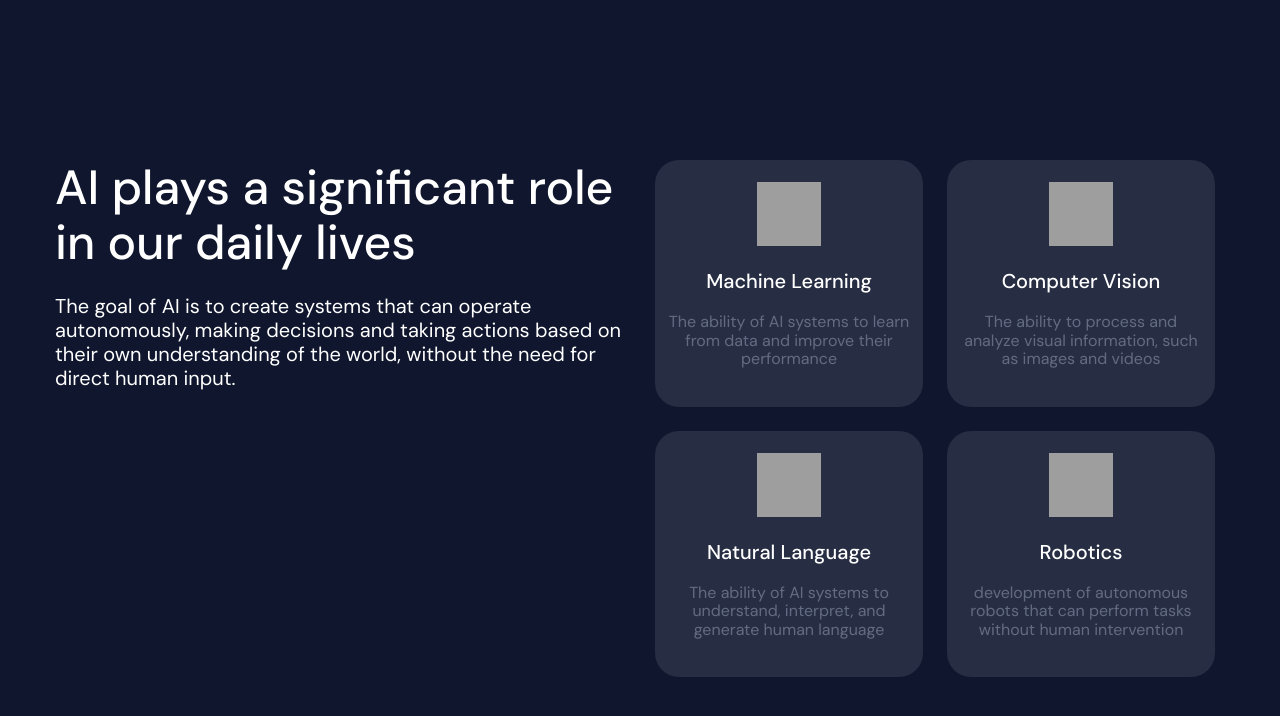
Repository: guli95/four-areas-of-AI-INVO-ACAdemy
Page: /
An editor plug-in stored every save of this project. The page is shown before and after the next save, followed by the edit.
The browser window is 1280 px wide. The pictures show the whole page.
Pictures or frames that could not be fetched are drawn as grey boxes. The project was rebuilt for these pictures with package versions that can differ from the ones it lists, and the page was loaded fresh each time.

Above is the page before, as saved 2023-03-13 14:59:25.

### index.html
<!DOCTYPE html>
<html lang="en">

<head>
  <meta charset="UTF-8" />
  <link rel="icon" type="image/svg+xml" href="/vite.svg" />
  <meta name="viewport" content="width=device-width, initial-scale=1.0" />
  <title>Four AI areas</title>
</head>

<!-- In order to start your challenge, remove all the content inside <div id="home-page"></div> and start coding :) -->

<body>
  <div id="home-page">
    <div class="flexbox-container">
      <div class="heading-wrapper">
        <h1 class="heading-title">AI plays a significant role in our daily lives</h1>
        <p class="heading-text">The goal of AI is to create systems that can operate autonomously, making decisions and taking actions based on their own understanding of the world, without the need for direct human input.</p>
      </div>
      <div class="card-container">
        <a href="" class="card-link">
        <div class="card">
          <img src="./public/images/card-icon1.png" alt="" class="card-img" role="presentation">
          <h3 class="card-title">Machine Learning</h3>
          <p class="card-text">The ability of AI systems to learn from data and improve their performance</p>
        </div>
        </a>
        <a href="" class="card-link">
        <div class="card">
          <img src="./public/images/card-icon2.png" alt="" class="card-img" role="presentation">
          <h3 class="card-title">Computer Vision</h3>
          <p class="card-text">The ability to process and analyze visual information, such as images and videos</p>
        </div>
        </a>
        <a href="" class="card-link">
        <div class="card">
          <img src="./public/images/card-icon3.png" alt="" class="card-img" role="presentation">
          <h3 class="card-title">Natural Language</h3>
          <p class="card-text">The ability of AI systems to understand, interpret, and generate human language</p>
        </div>
        </a>
        <a href="" class="card-link">
        <div class="card">
          <img src="./public/images/card-icon4.png" alt="" class="card-img" role="presentation">
          <h3 class="card-title">Robotics</h3>
          <p class="card-text">development of autonomous robots that can perform tasks without human intervention</p>
        </div>
        </a>
      </div>
    </div>
  </div>

  <script type="module" src="/src/global-scripts/main.js"></script>
</body>

</html>

### src/global-scripts/main.js
/// Main JavaScript File
/// Here we import all the global JavaScript files we need for our project.

import "../global-styles/style.scss";
import "../../src/pages/home-page/styles/home-page.scss";

### src/global-styles/style.scss
/// Main Styles File
/// Here we import all the global Styles files we need for our project.

@import "styles/normalize.scss";
@import "styles/root.scss";
@import "styles/fonts.scss";

body {
  font-family: 'DS sans', sans-serif;
  color: var(--color-primary);
}

p {
  color: var(--color-on-surface);
}

### src/pages/home-page/styles/home-page.scss
/// Homepage Styles File
/// Here we import all the Styles files we need for our Homepage.
@import '../../../global-styles/styles/_root.scss';

#home-page{
    color: var(--color-white);
    font-family: 'DM Sans',sans-serif;
    height: 100%;

 .flexbox-container{
    max-width: 1580px;
    padding: 0 20px;
    display: flex;
    justify-content: center;
    margin: 160px auto 0 auto;
    @media screen and (max-width:1024px) {
        flex-direction:column;
        align-items: center;
        gap:24px;
    }
    @media screen and (max-width:480px) {
        padding: 48px 16px;
    }
    .heading-wrapper{
        font-family: "DM Sans", sans-serif;
        text-align: left ;
        vertical-align: top;
        max-width: 570px;
        padding-left: 20px;
        @media screen and (max-width:1024px) {
            width: 100%;
            padding: 0 16px;
        }
        .heading-title{
            font-size: var(--text-xl);
            font-weight: 500;
            line-height: 115%;
            margin: 0 0 24px 0;
            @media screen and (max-width:1024px) {
                margin-bottom: 16px;
            }
            @media screen and (max-width:1024px) {
                font-size: var(--text-l);
            }
        }
        .heading-text{
            font-size: var(--text-m);
            line-height: 24px;
            font-weight: 400;

        }
        @media screen and (max-width:480px) {
            font-size: var(--text-s);
        }
    }
    .card-container{
        display: flex;
        justify-content: center;
        flex-wrap: wrap;
        gap: 24px;
        max-width: 620px;
        @media screen and (max-width:1024px) {
            width: 100%;
            gap:16px;
        }
        .card-link{
            display: flex;
            color: var(--color-white);
            text-decoration: none;
            flex-direction: column;
            justify-content: space-around;
            align-items: center;
            width: 40%;
            padding: 22px 10px;
            background-color:var(--color-secondary-grey);
            text-align: center;
            border-radius: var(--rounding-big);
            transition: .2s;
            &:hover{
                background-color: lighten($color: #272D42, $amount: 10) ;
            }
            @media screen and (max-width:480px) {
                width: 100%;
            }
            .card-img{
                width: 64px;
                height: 64px;
                @media screen and (max-width:1024px) {
                    width: 56px;
                    height: 56px;
                }
            }
            .card-title{
                font-size: var(--text-m);
                font-weight: 500;
            }
            .card-text{
                font-size: var(--text-s);
                mix-blend-mode:soft-light;
                @media screen and (max-width:1024px) {
                    font-size: var(--text-xs);
                }
            }
        }

    }
}

}

### src/global-styles/styles/normalize.scss
/*! normalize.css v8.0.1 | MIT License | github.com/necolas/normalize.css */

/* Document
   ========================================================================== */

/**
 * 1. Correct the line height in all browsers.
 * 2. Prevent adjustments of font size after orientation changes in iOS.
 */

html {
  line-height: 1.15; /* 1 */
  -webkit-text-size-adjust: 100%; /* 2 */
  background-color: var(--color-primary-dark-blue);
}

/* Sections
   ========================================================================== */

/**
 * Remove the margin in all browsers.
 */

body {
  margin: 0;
}

/**
 * Render the `main` element consistently in IE.
 */

main {
  display: block;
}

/**
 * Correct the font size and margin on `h1` elements within `section` and
 * `article` contexts in Chrome, Firefox, and Safari.
 */

h1 {
  font-size: 2em;
  margin: 0.67em 0;
}

/* Grouping content
   ========================================================================== */

/**
 * 1. Add the correct box sizing in Firefox.
 * 2. Show the overflow in Edge and IE.
 */

hr {
  box-sizing: content-box; /* 1 */
  height: 0; /* 1 */
  overflow: visible; /* 2 */
}

/**
 * 1. Correct the inheritance and scaling of font size in all browsers.
 * 2. Correct the odd `em` font sizing in all browsers.
 */

pre {
  font-family: monospace, monospace; /* 1 */
  font-size: 1em; /* 2 */
}

/* Text-level semantics
   ========================================================================== */

/**
 * Remove the gray background on active links in IE 10.
 */

a {
  background-color: transparent;
}

/**
 * 1. Remove the bottom border in Chrome 57-
 * 2. Add the correct text decoration in Chrome, Edge, IE, Opera, and Safari.
 */

abbr[title] {
  border-bottom: none; /* 1 */
  text-decoration: underline; /* 2 */
  text-decoration: underline dotted; /* 2 */
}

/**
 * Add the correct font weight in Chrome, Edge, and Safari.
 */

b,
strong {
  font-weight: bolder;
}

/**
 * 1. Correct the inheritance and scaling of font size in all browsers.
 * 2. Correct the odd `em` font sizing in all browsers.
 */

code,
kbd,
samp {
  font-family: monospace, monospace; /* 1 */
  font-size: 1em; /* 2 */
}

/**
 * Add the correct font size in all browsers.
 */

small {
  font-size: 80%;
}

/**
 * Prevent `sub` and `sup` elements from affecting the line height in
 * all browsers.
 */

sub,
sup {
  font-size: 75%;
  line-height: 0;
  position: relative;
  vertical-align: baseline;
}

sub {
  bottom: -0.25em;
}

sup {
  top: -0.5em;
}

/* Embedded content
   ========================================================================== */

/**
 * Remove the border on images inside links in IE 10.
 */

img {
  border-style: none;
}

/* Forms
   ========================================================================== */

/**
 * 1. Change the font styles in all browsers.
 * 2. Remove the margin in Firefox and Safari.
 */

button,
input,
optgroup,
select,
textarea {
  font-family: inherit; /* 1 */
  font-size: 100%; /* 1 */
  line-height: 1.15; /* 1 */
  margin: 0; /* 2 */
}

/**
 * Show the overflow in IE.
 * 1. Show the overflow in Edge.
 */

button,
input { /* 1 */
  overflow: visible;
}

/**
 * Remove the inheritance of text transform in Edge, Firefox, and IE.
 * 1. Remove the inheritance of text transform in Firefox.
 */

button,
select { /* 1 */
  text-transform: none;
}

/**
 * Correct the inability to style clickable types in iOS and Safari.
 */

button,
[type="button"],
[type="reset"],
[type="submit"] {
  -webkit-appearance: button;
}

/**
 * Remove the inner border and padding in Firefox.
 */

button::-moz-focus-inner,
[type="button"]::-moz-focus-inner,
[type="reset"]::-moz-focus-inner,
[type="submit"]::-moz-focus-inner {
  border-style: none;
  padding: 0;
}

/**
 * Restore the focus styles unset by the previous rule.
 */

button:-moz-focusring,
[type="button"]:-moz-focusring,
[type="reset"]:-moz-focusring,
[type="submit"]:-moz-focusring {
  outline: 1px dotted ButtonText;
}

/**
 * Correct the padding in Firefox.
 */

fieldset {
  padding: 0.35em 0.75em 0.625em;
}

/**
 * 1. Correct the text wrapping in Edge and IE.
 * 2. Correct the color inheritance from `fieldset` elements in IE.
 * 3. Remove the padding so developers are not caught out when they zero out
 *    `fieldset` elements in all browsers.
 */

legend {
  box-sizing: border-box; /* 1 */
  color: inherit; /* 2 */
  display: table; /* 1 */
  max-width: 100%; /* 1 */
  padding: 0; /* 3 */
  white-space: normal; /* 1 */
}

/**
 * Add the correct vertical alignment in Chrome, Firefox, and Opera.
 */

progress {
  vertical-align: baseline;
}

/**
 * Remove the default vertical scrollbar in IE 10+.
 */

textarea {
  overflow: auto;
}

/**
 * 1. Add the correct box sizing in IE 10.
 * 2. Remove the padding in IE 10.
 */

[type="checkbox"],
[type="radio"] {
  box-sizing: border-box; /* 1 */
  padding: 0; /* 2 */
}

/**
 * Correct the cursor style of increment and decrement buttons in Chrome.
 */

[type="number"]::-webkit-inner-spin-button,
[type="number"]::-webkit-outer-spin-button {
  height: auto;
}

/**
 * 1. Correct the odd appearance in Chrome and Safari.
 * 2. Correct the outline style in Safari.
 */

[type="search"] {
  -webkit-appearance: textfield; /* 1 */
  outline-offset: -2px; /* 2 */
}

/**
 * Remove the inner padding in Chrome and Safari on macOS.
 */

[type="search"]::-webkit-search-decoration {
  -webkit-appearance: none;
}

/**
 * 1. Correct the inability to style clickable types in iOS and Safari.
 * 2. Change font properties to `inherit` in Safari.
 */

::-webkit-file-upload-button {
  -webkit-appearance: button; /* 1 */
  font: inherit; /* 2 */
}

/* Interactive
   ========================================================================== */

/*
 * Add the correct display in Edge, IE 10+, and Firefox.
 */

details {
  display: block;
}

/*
 * Add the correct display in all browsers.
 */

summary {
  display: list-item;
}

/* Misc
   ========================================================================== */

/**
 * Add the correct display in IE 10+.
 */

template {
  display: none;
}

/**
 * Add the correct display in IE 10.
 */

[hidden] {
  display: none;
}

### src/global-styles/styles/root.scss
/// Root Styles file
/// Here we define all the root variables we need for our project.
/// For examples see Material Design color system: https://m2.material.io/design/color/the-color-system.html

:root {
    $--color-primary-dark-blue: #0F162D !global;
    --color-primary-pink: #CA59FF;
    --color-primary-purple: #6C7CFF;
    --color-primary-green: #2AFFFF;
    --color-primary-yellow: #FFF629;
    --color-white: #FFFFFF;
    --color-black: #000;
    --color-secondary-grey:#272D42;

}

### src/global-styles/styles/fonts.scss
/// Main Fonts File
/// Here we import all the fonts files we need for our project.

@import url('https://fonts.googleapis.com/css2?family=Roboto:ital,wght@0,100;0,300;0,400;0,500;0,700;0,900;1,100;1,300;1,400;1,500;1,700;1,900&display=swap');
@import url('https://fonts.googleapis.com/css2?family=DM+Sans:wght@400;500&display=swap');

### src/global-styles/styles/_root.scss
/// Root Styles file
/// Here we define all the root variables we need for our project.
/// For examples see Material Design color system: https://m2.material.io/design/color/the-color-system.html

:root {
    //colors
    --color-primary-dark-blue: #0F162D ;
    --color-primary-pink: #CA59FF;
    --color-primary-purple: #6C7CFF;
    --color-primary-green: #2AFFFF;
    --color-primary-yellow: #FFF629;
    --color-white: #FFFFFF;
    --color-black: #000;
    --color-secondary-grey:#272D42;

    //font-size
    --text-xl:48px;
    --text-l:32px;
    --text-m:20px;
    --text-s:16px;
    --text-xs:14px;

    //rounding
    --rounding-big:24px;
    --rounding-small:16px;
}

After the next save:
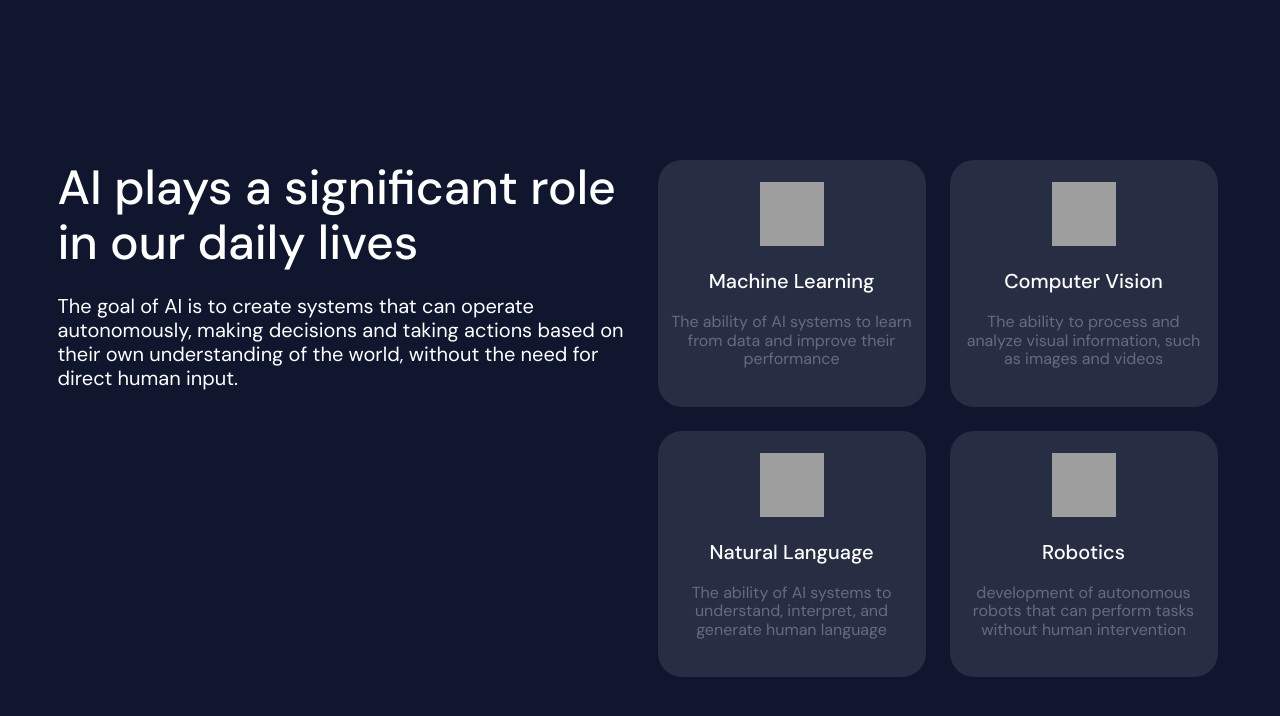
Saved 9 s later.
--- a/src/pages/home-page/styles/home-page.scss
+++ b/src/pages/home-page/styles/home-page.scss
@@ -26,7 +26,7 @@
         text-align: left ;
         vertical-align: top;
         max-width: 570px;
-        padding-left: 20px;
+        padding-left: 25px;
         @media screen and (max-width:1024px) {
             width: 100%;
             padding: 0 16px;
